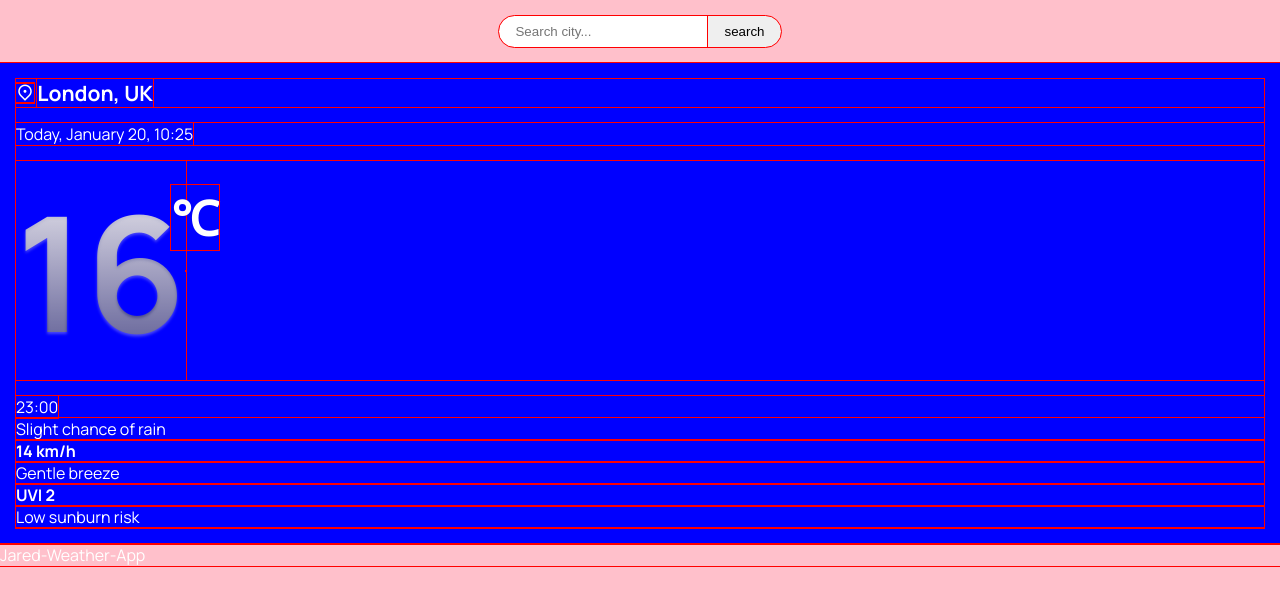
Repository: EguJaredoBoyd/Jared-Weather-App
Page: main.html
An editor plug-in stored every save of this project. The page is shown before and after the next save, followed by the edit.
The browser window is 1280 px wide. The pictures show the whole page.
Some web libraries are served in a nearby version.

Above is the page before, as saved 2026-01-22 17:10:24.

### main.html
<!doctype html>
<html lang="en">
  <head>
    <meta charset="UTF-8" />
    <meta name="viewport" content="width=device-width, initial-scale=1.0" />
    <link rel="preconnect" href="https://fonts.googleapis.com" />
    <link rel="preconnect" href="https://fonts.gstatic.com" crossorigin />
    <link
      href="https://fonts.googleapis.com/css2?family=Manrope:wght@200..800&display=swap"
      rel="stylesheet"
    />
    <head>
      <link
        href="https://cdn.jsdelivr.net/npm/remixicon@4.8.0/fonts/remixicon.css"
        rel="stylesheet"
      />
    </head>
    <link rel="stylesheet" href="./css/styles.css" />
    <title>Jared-Weather-App</title>
  </head>
  <body class="weather-app">
    <div class="weather-app__container">
      <header>
        <div class="search-place">
          <input
            type="text"
            placeholder="Search city..."
            aria-label="Search city"
          />
          <button>search</button>
        </div>
      </header>
      <main>
        <section class="current-weather">
          <div class="place-searched">
            <i class="ri-map-pin-2-line"></i>
            <h3 class="city-name">London, UK</h3>
          </div>
          <div class="date-today">
            <time datetime="2026-01-20T10:25">Today, January 20, 10:25</time>
          </div>
          <div class="place-temperature">
            <span class="place-temperature__measure"><h3>16</h3></span>
            <span class="place-temperature__degree"><h3>℃</h3></span>
          </div>
          <div class="place-forecast">
            <article class="forecast-item forecast-item--weather">
              <time datetime="23:00">23:00</time>
              <p>Slight chance of rain</p>
            </article>

            <article class="forecast-item forecast-item--wind">
              <h4>14 km/h</h4>
              <p>Gentle breeze</p>
            </article>

            <article class="forecast-item forecast-item--uv">
              <h4>UVI 2</h4>
              <p>Low sunburn risk</p>
            </article>
          </div>
        </section>
        <section class="swipe-section">
          <!-- Hourly and daily forecast will slide in here! -->
        </section>
      </main>
      <footer>
        <div><p>Jared-Weather-App</p></div>
      </footer>
    </div>
  </body>
</html>

### css/styles.css
/* ==== CSS RESET ==== */
*,
*::before,
*::after {
  margin: 0;
  padding: 0;
  box-sizing: border-box;
  outline: 1px solid red;
}

:root {
  --background-color: #03045e;
  --text-color: white;
}

html {
  font-size: 16px;
}

body {
  font-family: "Manrope", sans-serif;
  background-color: var(--background-color);
  color: var(--text-color);
}

.weather-app__container {
  display: flex;
  flex-direction: column;
  background-color: pink;
  height: 100vh;
}

.search-place {
  display: flex;
  justify-content: center;
  padding: 1rem;
}

.search-place input {
  padding: 0.5rem 1rem;
  border: none;
  border-bottom-left-radius: 1rem;
  border-top-left-radius: 1rem;
}

.search-place button {
  border: none;
  border-top-right-radius: 1rem;
  border-bottom-right-radius: 1rem;
  padding: 0.5rem 1rem;
}

main {
  background-color: blue;
  display: flex;
  flex-direction: column;
  padding: 1rem;
}

.current-weather {
  display: flex;
  flex-direction: column;
  row-gap: 1rem;
}

.place-searched {
  display: flex;
  align-items: center;
  column-gap: 0.2rem;
  font-size: large;
}

.place-temperature {
  display: flex;
  align-items: center;
  position: relative;
}

.place-temperature__measure h3 {
  font-size: 10rem;
  background: linear-gradient(to bottom, white, var(--background-color));
  -webkit-background-clip: text;
  background-clip: text;
  -webkit-text-fill-color: transparent;
  text-shadow: 0 2px 3px rgba(243, 235, 235, 0.3);
}

.place-temperature__degree h3 {
  font-size: 3rem;
  position: absolute;
  top: 1.5rem;
  left: 9.7rem;
}

After the next save:
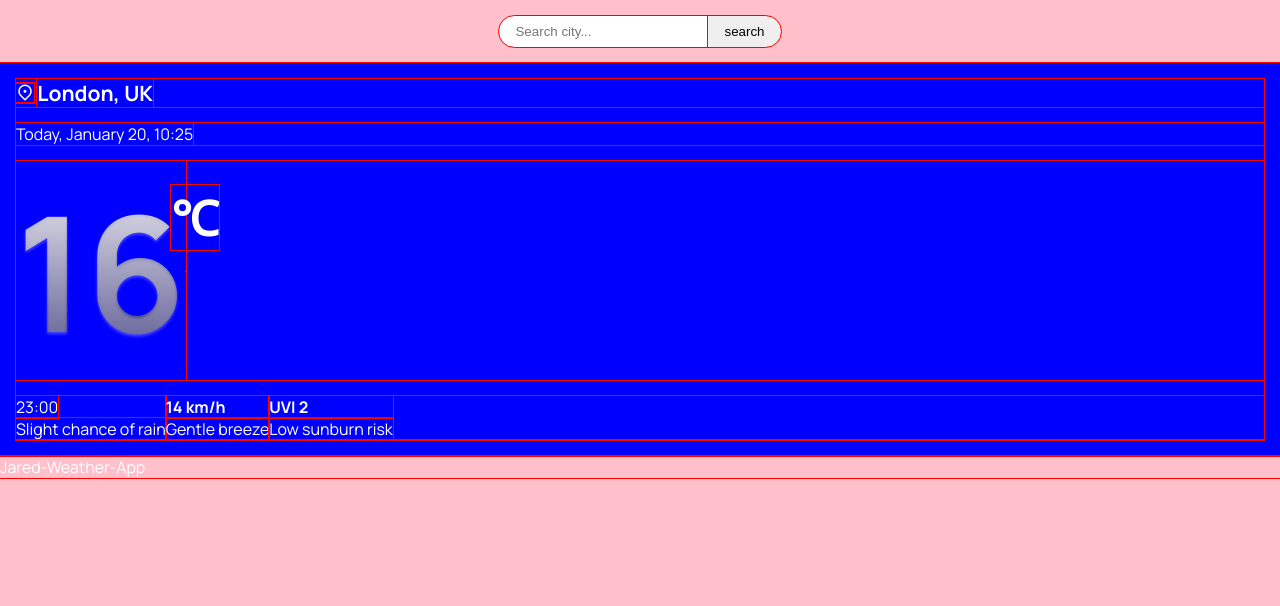
Saved 101 s later.
--- a/css/styles.css
+++ b/css/styles.css
@@ -91,3 +91,7 @@ main {
   top: 1.5rem;
   left: 9.7rem;
 }
+
+.place-forecast {
+  display: flex;
+}

After the save that followed:
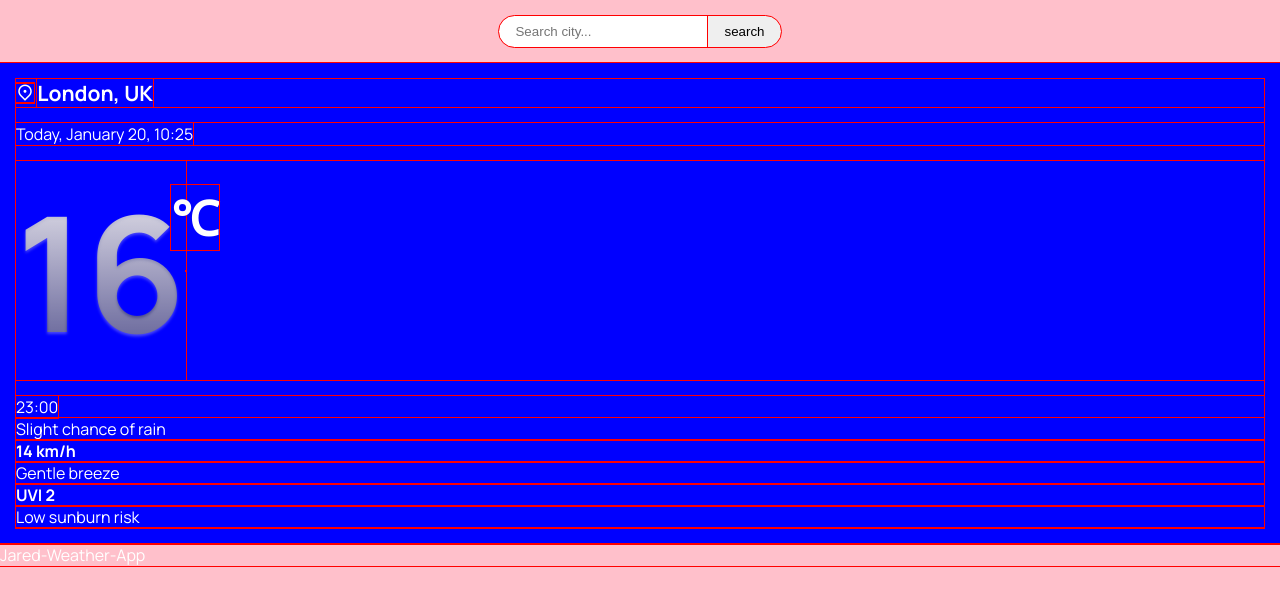
Saved 9 min 48 s later.
--- a/css/styles.css
+++ b/css/styles.css
@@ -93,5 +93,5 @@ main {
 }
 
 .place-forecast {
-  display: flex;
+  display: flexbox;
 }
